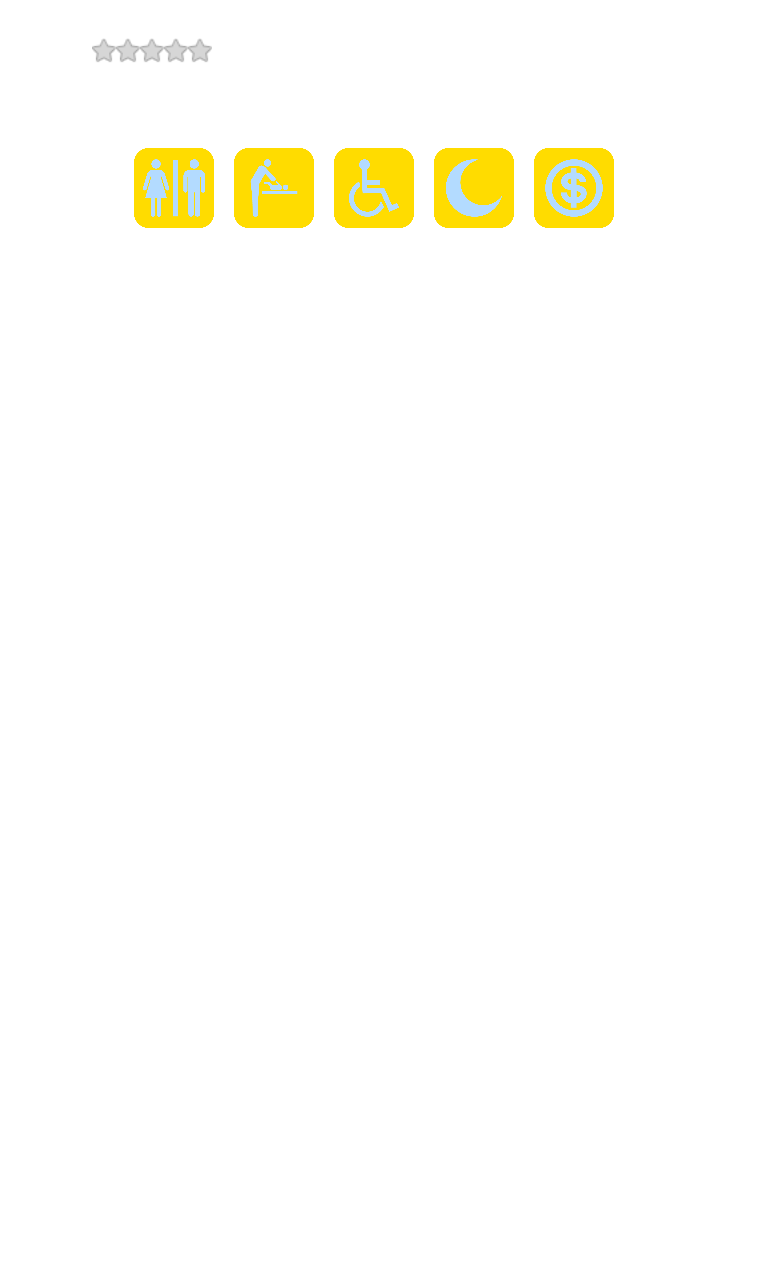
Repository: asocha/toilettalk
Layout: Android/workspace/ToiletTalk/res/layout/google_maps_marker.xml
These files come from the project's save history. The layout is drawn as it stood at one moment and after the next save; the edit follows.
It is drawn on a 768 x 1280 px phone screen (xhdpi) without system bars, with theme AppTheme; the app's code is not run.

Above is the layout before, as saved 2013-04-28 21:24:00.

After the next save:
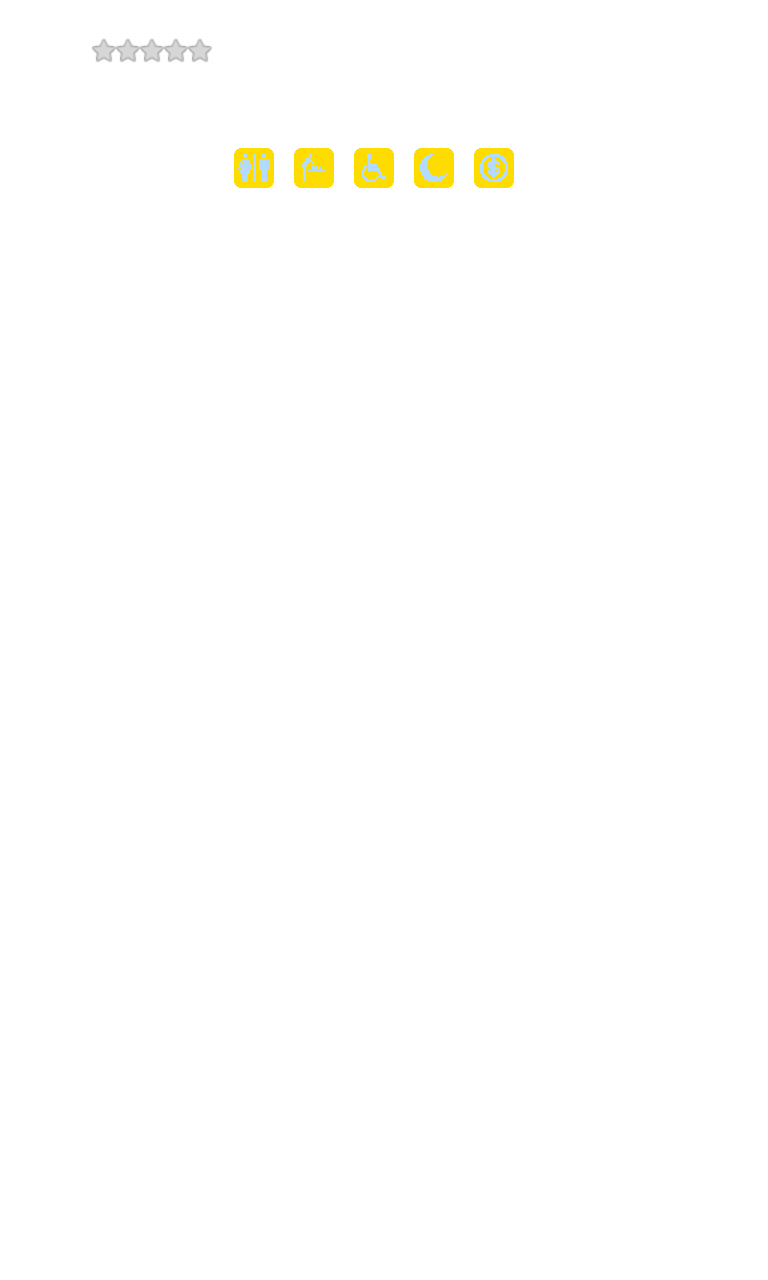
Saved 21 s later.
--- a/Android/workspace/ToiletTalk/res/layout/google_maps_marker.xml
+++ b/Android/workspace/ToiletTalk/res/layout/google_maps_marker.xml
@@ -42,14 +42,14 @@
         android:id="@+id/view_icons"
         android:layout_width="wrap_content"
         android:layout_marginTop="15dp"
-        android:layout_height="40dp"
+        android:layout_height="@dimen/icons_size"
         android:layout_below="@+id/marker_address"
         android:layout_centerHorizontal="true" >
 
         <ToggleButton
             android:id="@+id/button_unisex"
             android:layout_marginRight="10dp"
-            android:layout_width="40dp"
+            android:layout_width="@dimen/icons_size"
             android:layout_height="fill_parent"
             android:background="@drawable/button_unisex"
             android:textOn=""
@@ -58,7 +58,7 @@
         <ToggleButton
             android:id="@+id/button_babystation"
             android:layout_marginRight="10dp"
-            android:layout_width="40dp"
+            android:layout_width="@dimen/icons_size"
             android:layout_height="fill_parent"
             android:background="@drawable/button_baby_station"
             android:textOn=""
@@ -67,7 +67,7 @@
         <ToggleButton
             android:id="@+id/button_handicap"
             android:layout_marginRight="10dp"
-            android:layout_width="40dp"
+            android:layout_width="@dimen/icons_size"
             android:layout_height="fill_parent"
             android:background="@drawable/button_handicap"
             android:textOn=""
@@ -76,7 +76,7 @@
         <ToggleButton
             android:id="@+id/button_24hours"
             android:layout_marginRight="10dp"
-            android:layout_width="40dp"
+            android:layout_width="@dimen/icons_size"
             android:layout_height="fill_parent"
             android:background="@drawable/button_24hours"
             android:textOn=""
@@ -85,7 +85,7 @@
         <ToggleButton
             android:id="@+id/button_money"
             android:layout_marginRight="10dp"
-            android:layout_width="40dp"
+            android:layout_width="@dimen/icons_size"
             android:layout_height="fill_parent"
             android:background="@drawable/button_money"
             android:textOn=""
